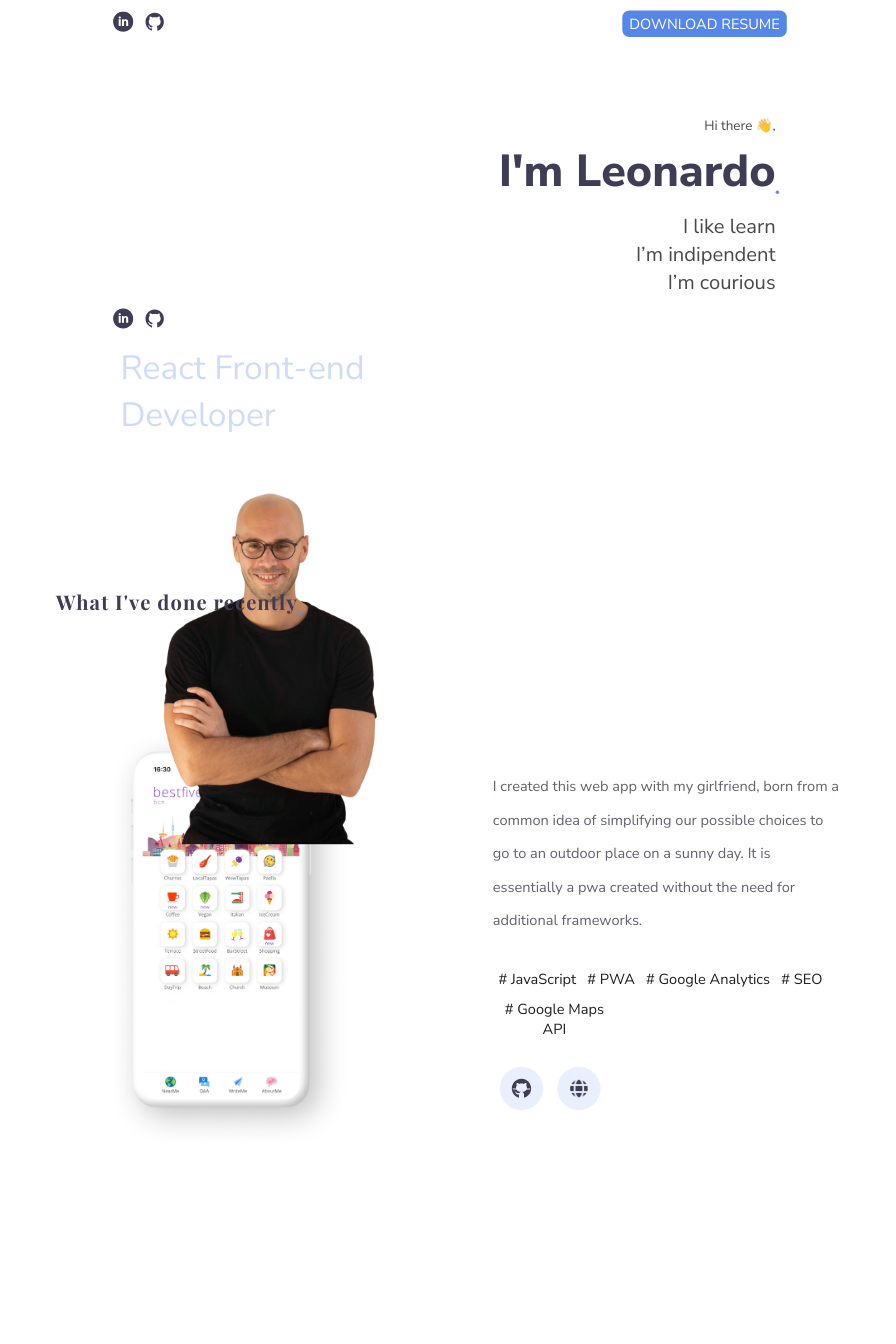
Repository: Easaaa/Portfolio-2020
Page: index.html
An editor plug-in stored every save of this project. The page is shown before and after the next save, followed by the edit.
The browser window is 1280 px wide. The pictures show the part of the page from y = 0 to 1920 px (the page is 6588 px tall), at 70% of full size.
The style sheet was rebuilt from its Sass, Less or Tailwind sources for each picture, by a compiler version that may differ from the author's.

Above is the page before, as saved 2020-02-28 15:41:31.

### index.html
<!DOCTYPE html>
<html lang="en">
  <head>
    <meta charset="UTF-8" />
    <meta name="viewport" content="width=device-width, initial-scale=1.0" />
    <meta http-equiv="X-UA-Compatible" content="ie=edge" />
    <link rel="stylesheet" href="/stylesheets/css/main.css" />
    <title>leonardotononi.com</title>
  </head>
  <body>
    <header>
      <div class="actions">
        <div class="socials">
          <a target="_blank" href="https://www.linkedin.com/in/leonardo-tononi/"
            ><img src="/assets/linkedin-with-circle.svg" alt="linkedin icon"
          /></a>
          <a target="_blank" href="https://github.com/Easaaa"
            ><img src="/assets/github-filled.svg" alt="github icon"
          /></a>
        </div>
        <div class="resume-btn">
          <a href="#">Download Resume</a>
        </div>
      </div>

      <div class="content-header">
        <div class="text-header-col">
          <p class="sub-title">Hi there 👋,</p>
          <h1>
            I'm Leonardo
          </h1>
          <p class="about-title">
            I like learn <br />
            I’m indipendent <br />
            I’m courious
          </p>
          <div class="actions-desktop">
            <div class="socials">
              <a
                target="_blank"
                href="https://www.linkedin.com/in/leonardo-tononi/"
                ><img src="/assets/linkedin-with-circle.svg" alt="linkedin icon"
              /></a>
              <a target="_blank" href="https://github.com/Easaaa"
                ><img src="/assets/github-filled.svg" alt="github icon"
              /></a>
            </div>
            <div class="resume-btn">
              <a href="#">Download Resume</a>
            </div>
          </div>
          <h4>React Front-end Developer</h4>
        </div>
        <img
          src="/assets/leo-black.png"
          class="image-me-desktop"
          alt="leonardo photo"
        />
      </div>
    </header>
    <section class="works-section">
      <h2>
        What I've done recently
      </h2>
      <div class="work">
        <img src="/assets/bestfive.png" alt="iphone mockup" class="iphone" />
        <div class="work-details">
          <p>
            I created this web app with my girlfriend, born from a common idea
            of ​​simplifying our possible choices to go to an outdoor place on a
            sunny day. It is essentially a pwa created without the need for
            additional frameworks.
          </p>
          <ul class="lan-tag">
            <li># JavaScript</li>
            <li># PWA</li>
            <li># Google Analytics</li>
            <li># SEO</li>
            <li style="width: 11rem;"># Google Maps API</li>
          </ul>
          <div class="project-links">
            <a target="_blank" href="https://github.com/Easaaa/Bestfive-bcn"
              ><img src="/assets/github.svg" alt="git hub icon"
            /></a>
            <a target="_blank" href="https://bestfivebcn.com"
              ><img src="/assets/web.png" alt="world icon"
            /></a>
          </div>
        </div>
      </div>
      <div class="work odds">
        <img
          src="/assets/toureo-admin.png"
          alt="laptop mockup"
          class="desktop"
        />
        <div class="work-details">
          <p>
            After creating the first application and having hard coded the data,
            clearly not the smartest thing, I thought of creating an
            administration page from where I can create and manage the data from
            the database and then pull it from the mobile web app.
            <em
              >If you want have a look, write me an email, because you need the
              access.</em
            >
          </p>
          <ul class="lan-tag">
            <li># React.js</li>
            <li style="width: 10rem;"># Firebase Auth</li>
            <li># Firestore</li>
          </ul>
          <div class="project-links">
            <a
              target="_blank"
              href="https://github.com/Easaaa/admin-app-bestfive"
              ><img src="/assets/github.svg" alt="git hub icon"
            /></a>
            <a target="_blank" href="https://bestfivebcn.netlify.com/"
              ><img src="/assets/web.png" alt="world icon"
            /></a>
          </div>
        </div>
      </div>
      <div class="work">
        <img
          src="/assets/hotel-vittoria.png"
          alt="laptop mockup"
          class="desktop"
        />
        <div class="work-details">
          <p>
            This project with a italian hotel was my first approach to
            programming. In 2018 I made a web site with multilingual support
            with plain Html, css and JavaScript. On this
            <a target="_blank" href="https://vittoriahotel.eu">link</a> you can
            see the previous web and below you can see the new web app that is
            nearly ready to be deployed and so how my skills and tastes have
            evolved.
          </p>
          <ul class="lan-tag">
            <li># Gatsby.js</li>
            <li># Mobile View</li>
            <li># Booking.com API</li>
          </ul>
          <div class="project-links">
            <a
              target="_blank"
              href="https://github.com/Easaaa/hotel-vittoria-2020"
              ><img src="/assets/github.svg" alt="git hub icon"
            /></a>
            <a target="_blank" href="https://hotelvittoria.netlify.com/"
              ><img src="/assets/web.png" alt="world icon"
            /></a>
          </div>
        </div>
      </div>
      <div class="work odds">
        <img
          src="/assets/books-manager.png"
          alt="laptop mockup"
          class="desktop"
        />
        <div class="work-details">
          <p>
            This is a simple project made with react redux to test my
            understanding and the power of this stack.
          </p>
          <ul class="lan-tag">
            <li># React.js</li>
            <li># Redux</li>
            <li># Firebase Auth</li>
            <li># Google Books APIs</li>
          </ul>
          <div class="project-links">
            <a target="_blank" href="https://github.com/Easaaa/Book-manager"
              ><img src="/assets/github.svg" alt="git hub icon"
            /></a>
            <a target="_blank" href="https://books-manager.netlify.com/"
              ><img src="/assets/web.png" alt="world icon"
            /></a>
          </div>
        </div>
      </div>
      <h2>
        What I'm currently working on
      </h2>
      <div class="work">
        <img
          src="/assets/toureo-proto.png"
          alt="iphone mockup"
          class="iphone"
        />
        <div class="work-details">
          <p>
            I am recreating the first application (bestfive). The aim is to
            create the application with React Native, building more complex
            features, such as a more functional map, with filters and better
            interactions.
          </p>
          <ul class="lan-tag">
            <li># ReactNative</li>
            <li># Firebase</li>
          </ul>
          <div class="project-links"></div>
        </div>
      </div>
    </section>
    <section class="skill-section">
      <h2>
        Skills
      </h2>
      <ul class="skills">
        <li><img src="/assets/icon-skills/javascript.svg" alt="" /></li>
        <li><img src="/assets/icon-skills/react.svg" alt="" /></li>
        <li><img src="/assets/icon-skills/redux.svg" alt="" /></li>
        <li><img src="/assets/icon-skills/gatsby.svg" alt="" /></li>
        <li><img src="/assets/icon-skills/firebase.svg" alt="" /></li>
        <li><img src="/assets/icon-skills/sass.svg" alt="" /></li>
        <li><img src="/assets/icon-skills/html-5.svg" alt="" /></li>
        <li><img src="/assets/icon-skills/css-3.svg" alt="" /></li>
        <li><img src="/assets/icon-skills/logo-pwa.svg" alt="" /></li>
        <li><img src="/assets/icon-skills/figma.svg" alt="" /></li>
      </ul>
    </section>
    <footer>
      <h2>How to contact me</h2>
      <p>
        I am available for freelancer jobs and to work in your company. If you
        think I would be a good fit for you, send me an email.
      </p>
      <a href="mailto:leonardotononi@gmail.com" target="_top">
        <h5>leonardotononi@gmail.com</h5></a
      >
      <a href="/CV ENG - 02:2020.pdf" download>Download resume</a>
      <div class="social-links">
        <a target="_blank" href="https://www.linkedin.com/in/leonardo-tononi/"
          ><img src="/assets/linkedin-with-circle.svg" alt="linkedin icon"
        /></a>
        <a target="_blank" href="https://github.com/Easaaa"
          ><img src="/assets/github-filled.svg" alt="github icon"
        /></a>
      </div>
    </footer>
  </body>
</html>

### stylesheets/scss/main.scss
@import url("https://fonts.googleapis.com/css?family=Nunito+Sans:400,600,700,800&display=swap");
@import url("https://fonts.googleapis.com/css?family=Playfair+Display:500,700&display=swap");

* {
  padding: 0;
  margin: 0;
  box-sizing: border-box;
}

html {
  height: 100%;
  font-family: "Nunito Sans", sans-serif;
  -ms-text-size-adjust: 100%;
  -webkit-text-size-adjust: 100%;
}

body {
  width: 100%;
  height: 100%;
  -webkit-font-smoothing: antialiased;
  -moz-osx-font-smoothing: grayscale;
  font-size: 16px;
  display: block;
  min-width: 100%;
  margin-right: auto;
  margin-left: auto;
  float: right;
  clear: none;
  color: #1e1e1e;
  font-style: normal;
}

// GENERAL STYLE

ul li {
  list-style: none;
}

h2 {
  font-size: 1.8rem;
  color: #3f3d56;
  font-weight: 900;
  position: relative;
  font-family: "Playfair Display", serif;
  letter-spacing: 1.6px;

  &:after {
    content: "";
    width: 5px;
    height: 5px;
    background-color: #618ee9;
    border-radius: 50%;
    bottom: 0;
    position: absolute;
  }
}

a {
  cursor: pointer;
}

// HEADER

header {
  width: 100%;
  padding: 1rem 0 4rem 0;
  height: 90vh;

  .actions {
    padding: 0 1rem;
    width: 100%;
    display: flex;
    justify-content: space-between;

    img {
      margin: 0 5px;
      width: 30px;
    }

    .resume-btn {
      padding-top: 4px;

      a {
        background-color: #5687E8;
        padding: 5px 10px;
        border-radius: 10px;
        color: #fff;
        text-decoration: none;
        text-transform: uppercase;
        transition: background-color 150ms ease-in-out;

        &:hover {
          background-color: #4670c5;
        }
      }
    }
  }

  .content-header {
    padding: 3rem 0;
    border-radius: 5px;
    height: 450px;
    top: 50%;
    position: relative;
    margin-top: -225px;

    .sub-title {
      font-size: 1.2rem;
      padding: 0 2rem;
    }

  }

  h1 {
    color: #3f3d56;
    font-size: 2.5rem;
    text-align: end;
    font-weight: 900;
    padding: 0 2rem;
    position: relative;

    &:after {
      content: "";
      width: 5px;
      height: 5px;
      background-color: #618ee9;
      border-radius: 50%;
      bottom: 0.7rem;
      position: absolute;
    }
  }

  h4 {
    color: #3f3d56a1;
    padding: 1rem 2rem;
    font-size: 1.7rem;
    text-align: end;
    color: #618EE9;
  }

  p {
    color: #484848;
    text-align: end;
    font-weight: 400;
    font-size: 1.7rem;
    padding: 1rem 2rem;
    line-height: 2.5rem;
    margin: 0;
  }

  .socials-header {
    padding: 3rem 1rem 0rem 1rem;

    a img {
      width: 30px;
    }
  }



  .image-me-desktop,
  .image-me-mobile {
    max-width: 80%;
    margin: 0 auto -6px 20px;
    mix-blend-mode: normal;
  }

  .image-me-desktop {
    display: none;
  }
}

// WORKS

.works-section {
  max-width: 1400px;
  margin: 0 auto;
  padding: 1rem 2rem;

  img {
    width: 100%;
    margin: 0 auto;
    max-width: 450px;
    display: block;
    object-fit: cover;
    transition: transform 150ms ease-in;

    &:hover {
      transform: scale(1.05);
    }
  }

  .work {
    padding: 5rem 0;

    em {
      font-weight: 100;
    }

    .project-links {
      padding: 1rem 0;
      display: inline-flex;

      a {
        padding: 1rem;
        color: #fff;
        background-color: #618ee924;
        margin: 0 10px;
        border-radius: 50%;
      }

      img {
        width: 30px;
      }
    }
  }

  .iphone {
    width: 70%;
  }

  .desktop {
    max-width: 700px;
  }

  p {
    color: #61626d;
    padding: 1.3rem 0;
    line-height: 35px;
    font-size: 1.3rem;

    a {
      color: #5687e8;
    }
  }

  .lan-tag {
    padding: 1rem 0;
    display: flex;
    flex-wrap: wrap;
    justify-content: flex-start;

    li {
      padding: 0.5rem;
      font-size: 1.3rem;
      text-align: center;
      border-radius: 40px;
    }

    .js {
      background-color: #f7df1e;
    }

    .react {
      background-color: #00d8ff;
    }

    .firebase {
      background-color: #fcca3f;
    }

    .redux {
      background-color: #764abc;
    }

    .pwa {
      background-color: #a34a4a;
      color: #fff;
    }
  }
}

// SKILLS

.skill-section {
  padding: 5rem 2rem;

  h2 {
    margin-bottom: 2rem;
  }

  .skills {
    display: flex;
    flex-wrap: wrap;
    justify-content: space-evenly;

    li {
      width: 100px;
      text-align: center;
      padding: 1rem;

      img {
        width: 40px;
      }
    }
  }
}

// FOOTER

footer {
  padding: 2rem;

  h2 {
    margin-bottom: 2rem;
  }

  p {
    color: #61626d;
    text-align: start;
    font-weight: 400;
    line-height: 2.5rem;
    padding-bottom: 2rem;
    font-size: 1.3rem;
  }

  h5 {
    font-size: 1.2rem;
    font-weight: 400;
    color: #5687e8;
    padding-bottom: 2rem;
  }

  a {
    color: #5687e8;
  }

  .social-links {
    padding: 2rem 0;
    width: 100%;
    text-align: start;

    img {
      width: 30px;
      margin-right: 10px;
      color: #3f3d56;
    }

    a {
      text-decoration: none;
      color: #3f3d56;
    }
  }
}

@media only screen and (min-width: 700px) {
  body {
    font-size: 1.3rem;
  }

  header {
    max-width: 750px;
    margin: 0 auto;
  }

  .works-section {
    padding: 5rem;

    .odds:last-of-type {
      padding: 3rem 0;
    }

    .work {
      padding: 10rem 0;

      p {
        line-height: 3rem;
      }
    }

    .desktop {
      padding-bottom: 4rem;
    }
  }

  .skill-section {
    padding: 5rem 2rem;

    .skills li img {
      width: 50px;
    }
  }

  footer {
    padding: 12rem 0;
  }
}

@media only screen and (min-width: 1000px) {

  header {
    max-width: 1000px;

    .actions-desktop {
      padding: 0 1rem;
      width: 100%;
      display: flex;
      justify-content: space-between;

      img {
        margin: 0 5px;
        width: 30px;
      }

      .resume-btn {
        padding-top: 4px;

        a {
          background-color: #5687E8;
          padding: 5px 10px;
          border-radius: 10px;
          color: #fff;
          text-decoration: none;
          text-transform: uppercase;
          transition: background-color 150ms ease-in-out;

          &:hover {
            background-color: #4670c5;
          }
        }
      }
    }

    h1 {
      font-size: 4rem;
    }

    h4 {
      font-size: 3rem;
      opacity: 0.3;
      font-weight: 400;
      width: 600px;
      text-align: start;
    }

    p {
      font-size: 1.8rem;
    }

    .image-me-desktop {
      display: inline-block;
    }
  }


  .image-me-mobile {
    display: none;
  }



  .works-section {
    padding: 12rem 5rem;

    .work {
      display: grid;
      grid-template-columns: 1fr 1fr;
      grid-gap: 8rem;
      place-content: center;
      place-items: center;

      .lan-tag {
        justify-content: flex-start;
      }
    }

    .odds {
      img {
        order: 2;
      }

      p {
        text-align: end;
      }

      .lan-tag {
        justify-content: flex-end;
      }

      .project-links {
        justify-content: flex-end;
        width: 100%;
      }
    }
  }

  .skill-section {
    max-width: 1000px;
    background-color: #d7dce44a;
    margin: 0 auto;
  }

  footer {
    max-width: 1000px;
    margin: 0 auto;
  }
}

After the next save:
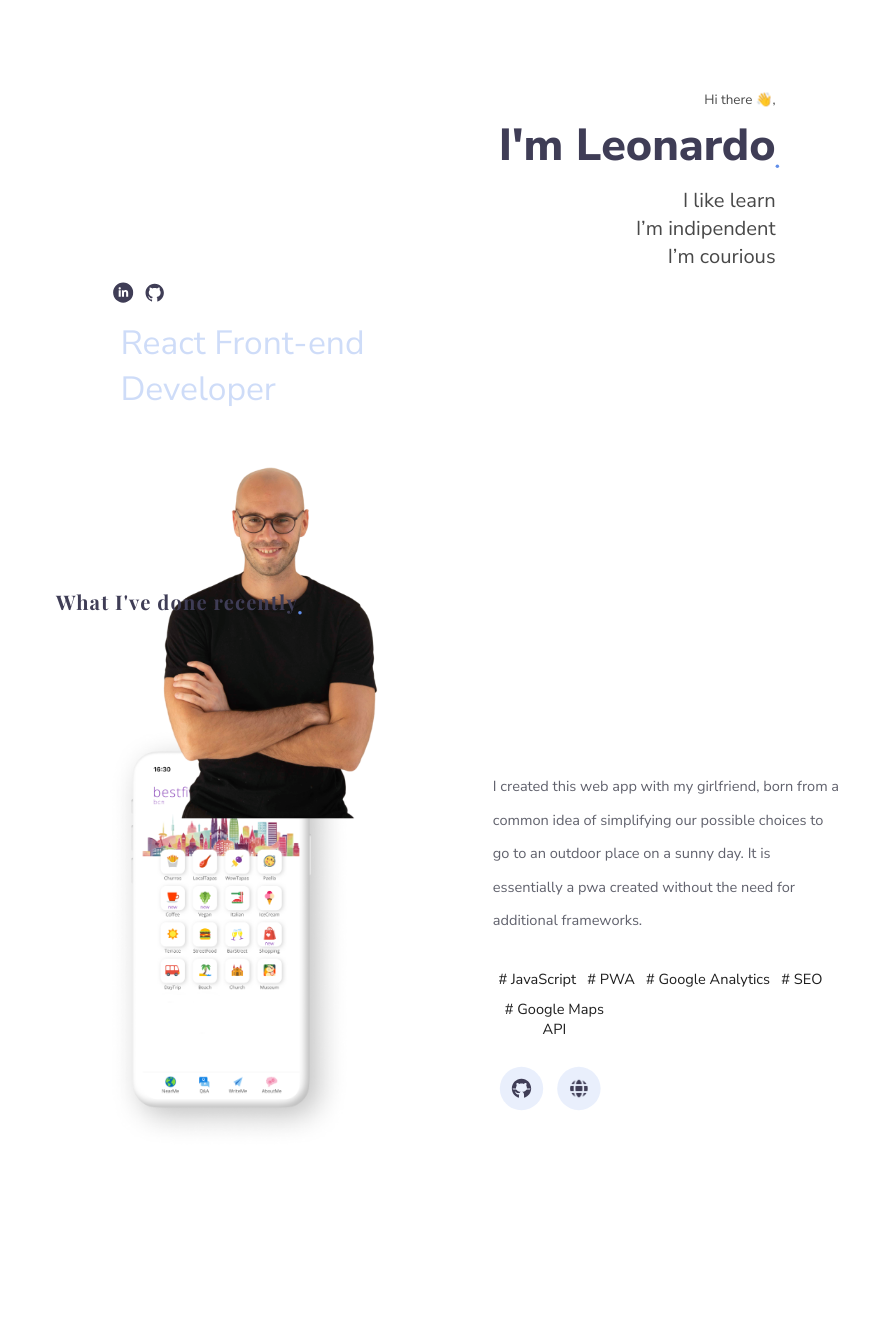
Saved 19 s later.
--- a/stylesheets/scss/main.scss
+++ b/stylesheets/scss/main.scss
@@ -391,6 +391,10 @@
   header {
     max-width: 1000px;
 
+    .actions {
+      display: none;
+    }
+
     .actions-desktop {
       padding: 0 1rem;
       width: 100%;
